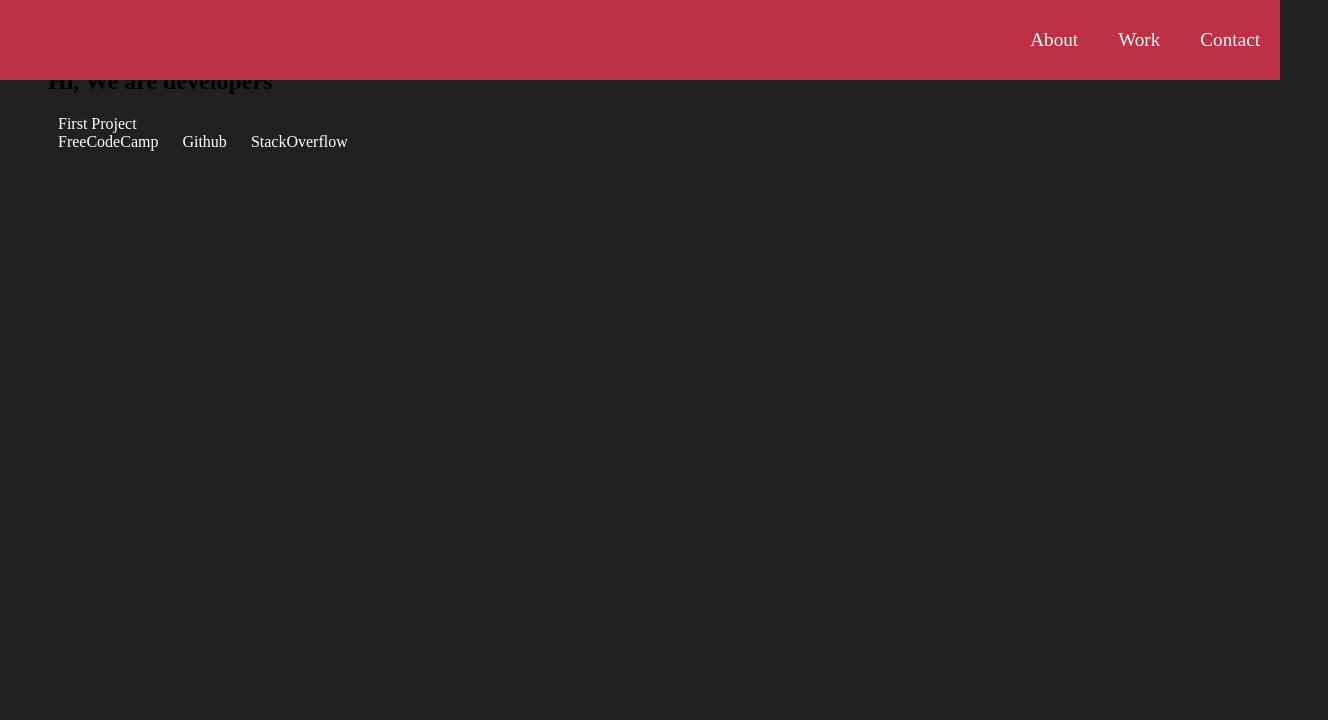
Repository: justicebhekani88/microverse_portfolio_project
Page: index.html
The author's editor kept a copy of each file at every save. The page is drawn from the files as they stood at one save, then again after the next save.
The browser window is 1280 px wide. The page is 1280 px wide, then 1328 px, so the pictures cover 1328 px, including what lies to the right of the window. The pictures show the whole page.

Above is the page before, as saved 2022-07-21 14:50:50.

After the next save:
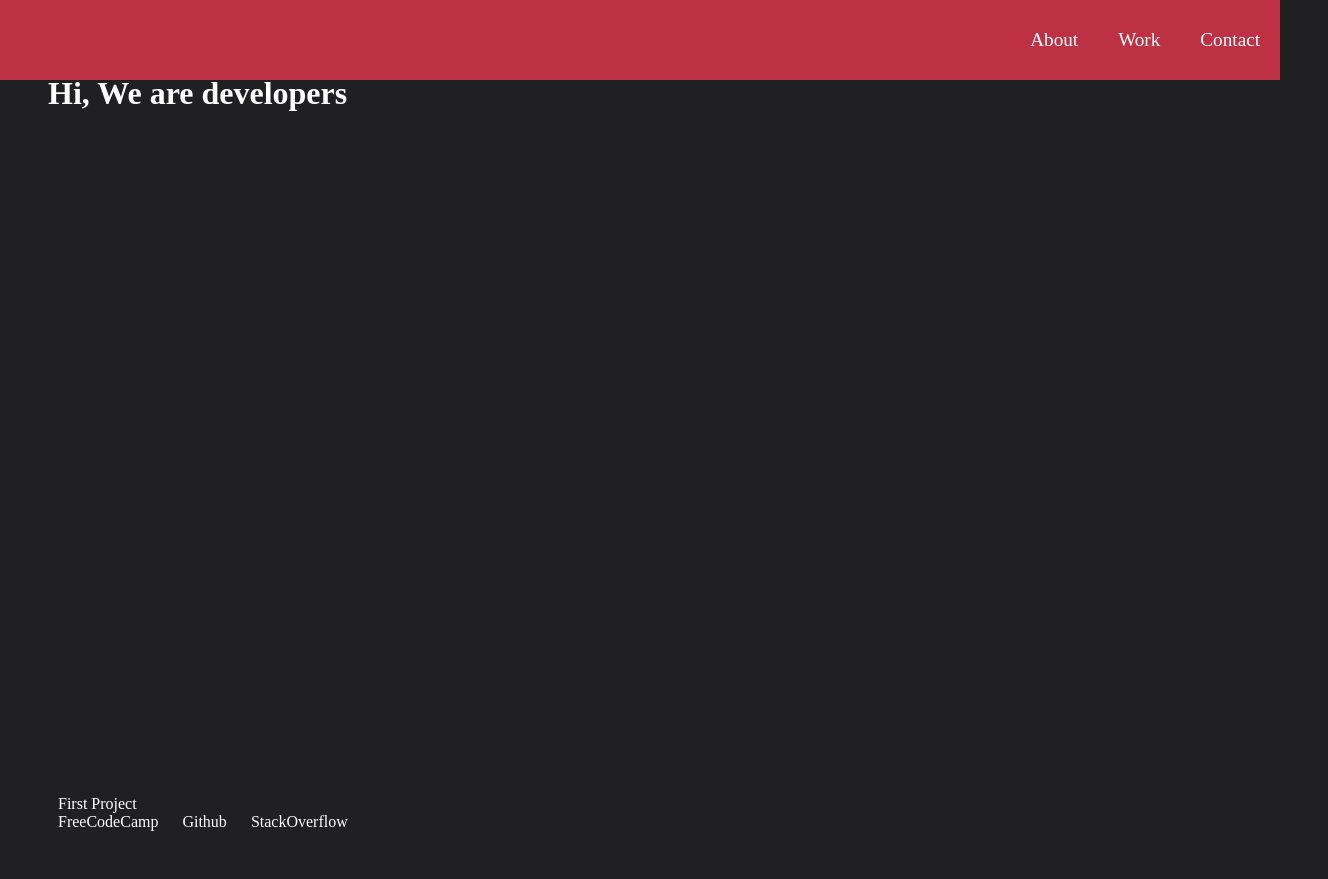
Saved 20 min 55 s later.
--- a/style.css
+++ b/style.css
@@ -17,11 +17,37 @@ nav {
     display: flex;
 }
 
-li, a {
+li,
+a {
     list-style: none;
     color: white;
     padding: 10px;
     text-decoration: none;
+}
+
+#main {
+    padding-left: 70px;
+}
+
+#welcome-section {
+    width: 100vw;
+    height: 100vh;
+}
+
+h1 {
+    color: white;
+    font-size: 2rem;
+    align-items: center;
+}
+
+h2 {
+    color: #BE3043;
+    font-size: 1.5rem;
+}
+
+#welcome-text {
+    margin: 300px 30%;
+    text-align: center;
 }
 
 @media only screen and (min-width: 600px) {
@@ -34,7 +60,6 @@ li, a {
     #main {
         padding: 40px;
     }
-
     nav {
         font-size: larger;
     }
